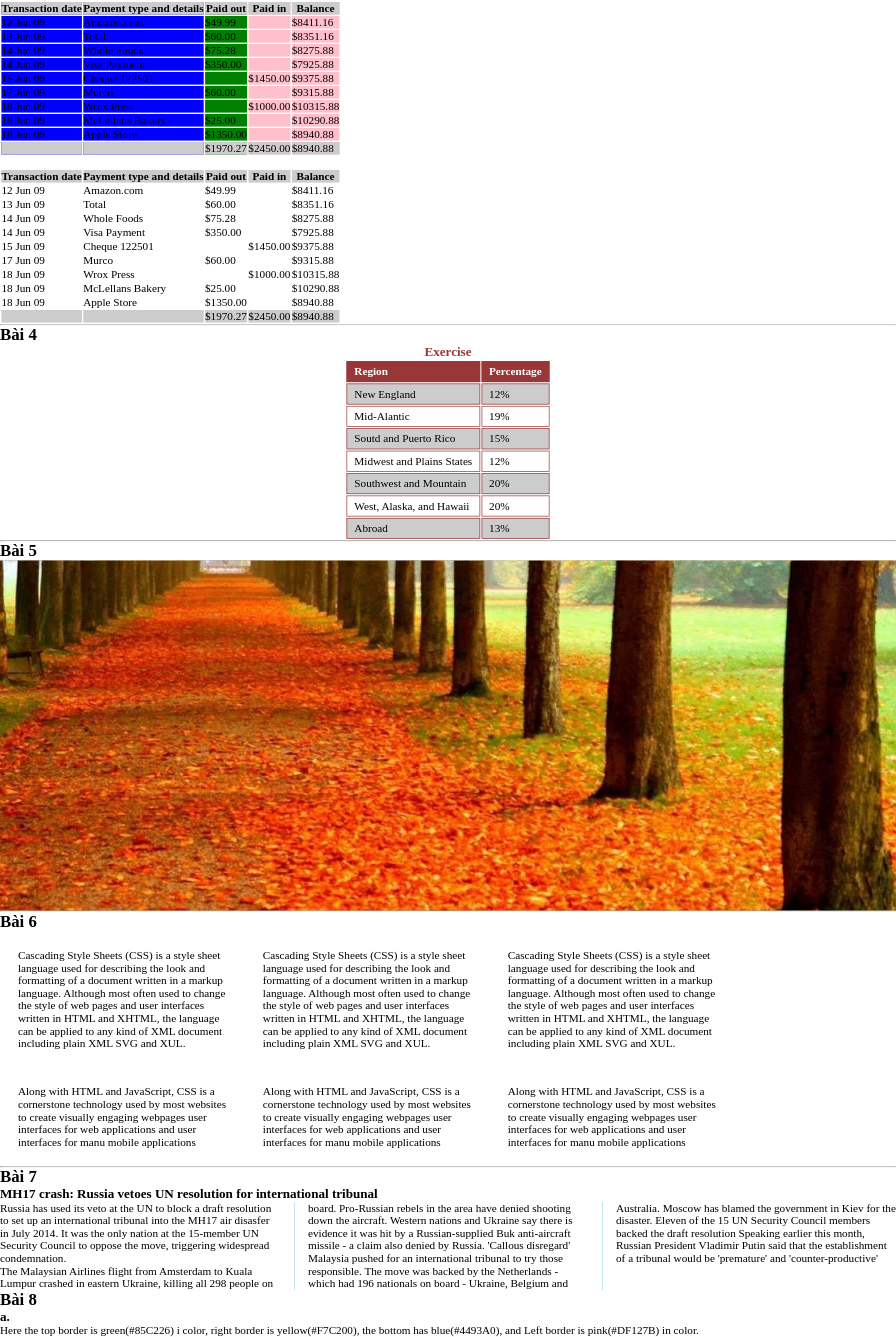
Repository: hoangnguyen1903/STT_21084321_NguyenHuyHoang_DHKHMT17B
Page: html/index.html
These files come from the project's save history. The page is drawn as it stood at one moment and after the next save; the edit follows.
The browser window is 1280 px wide. The pictures show the part of the page from y = 657 to 2577 px (the page is 2567 px tall before and 2577 px after), at 70% of full size.

Above is the page before, as saved 2023-03-03 14:36:43.

After the next save:
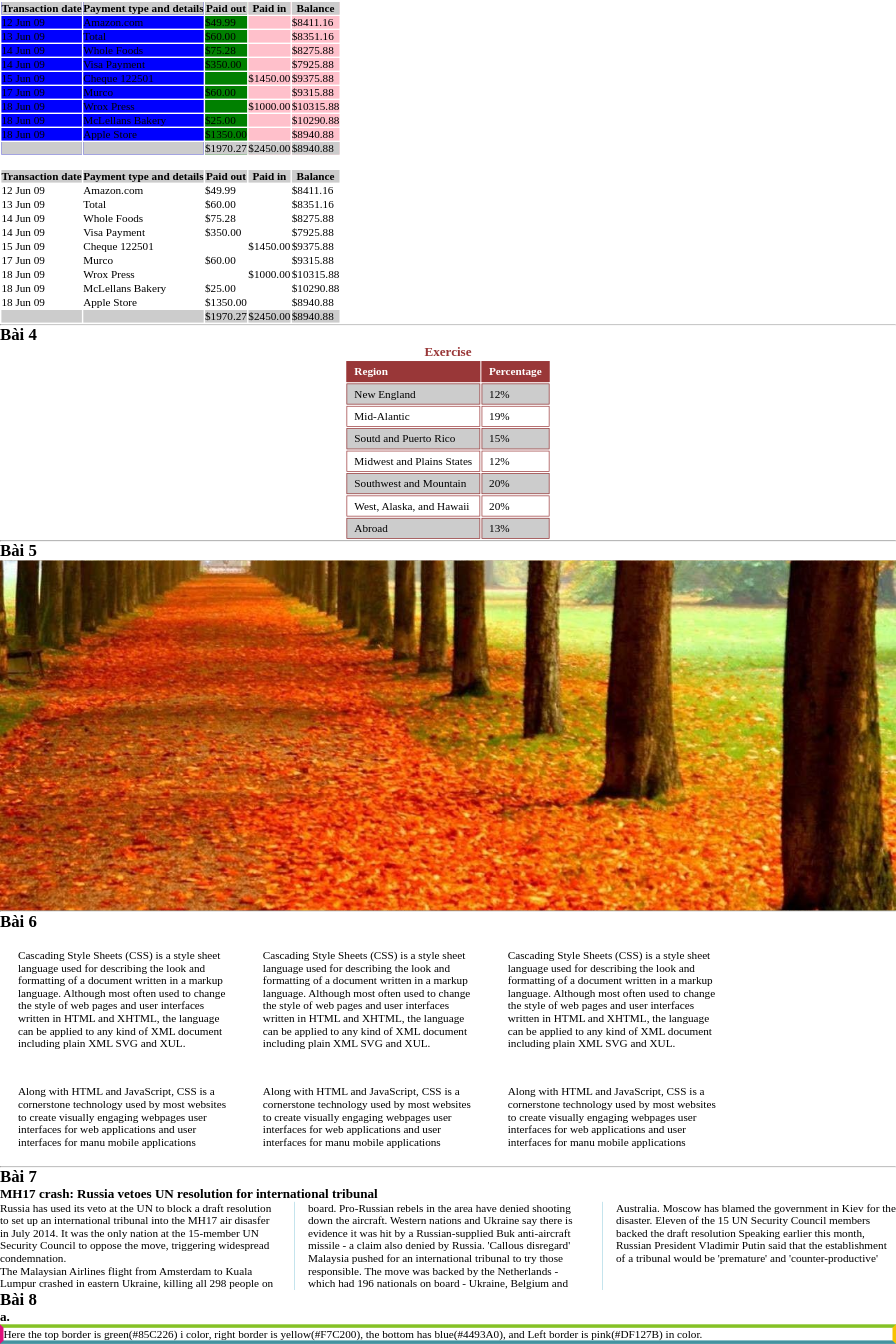
Saved 46 s later.
--- a/html/index.html
+++ b/html/index.html
@@ -95,7 +95,8 @@
       }
 
       #bai8 > .bai8a {
-        border: 5px;
+        border-width: 5px;
+        border-style: solid;
         border-color: #85c226 #f7c200 #4493a0 #df127b;
       }
     </style>
